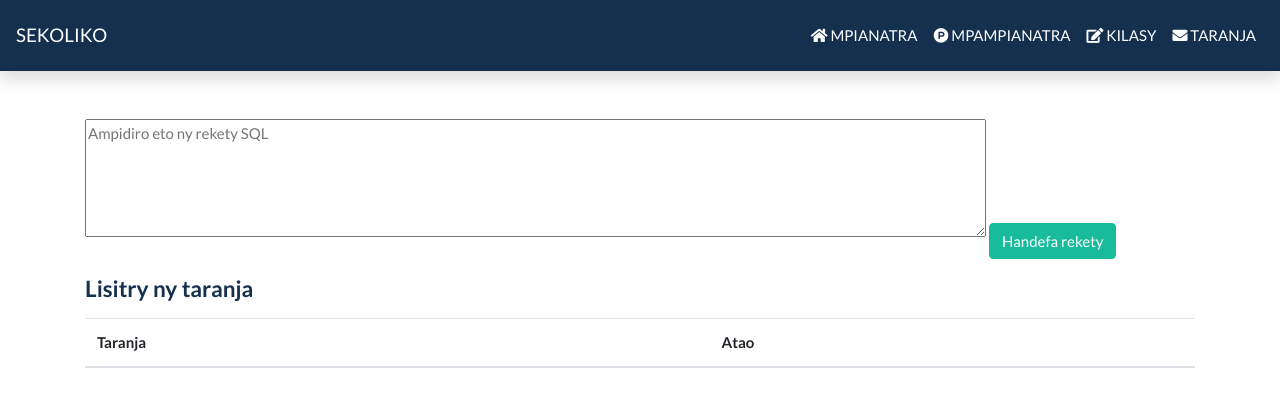
Repository: niainamahefa/j2ee-sekoliko
Page: http://localhost/Ecole/matiere
These files come from the project's save history. The page is drawn as it stood at one moment and after the next save; the edit follows.
The browser window is 1280 px wide. The pictures show the whole page.
The page is served by Tomcat 9. Queries for data that is not in the repository find no rows.

Above is the page before, as saved 2021-02-04 18:40:56.

After the next save:
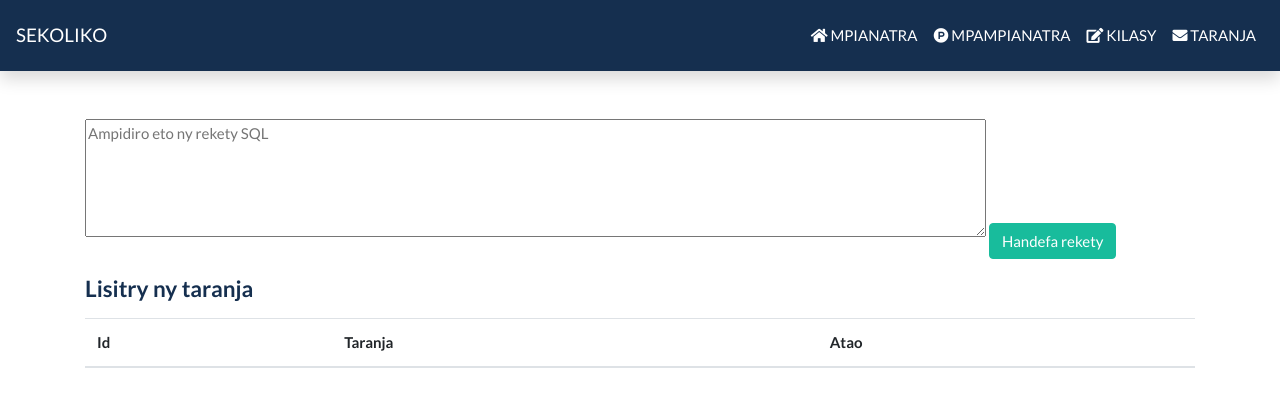
Saved 6 s later.
--- a/Ecole/WebContent/WEB-INF/matiere.jsp
+++ b/Ecole/WebContent/WEB-INF/matiere.jsp
@@ -43,7 +43,7 @@
     	<h4 class="text-primary mt-3 font-weight-bold">Lisitry ny taranja </h4>
                     <thead>
                         <tr>
-                            <th class="d-none">Id</th>
+                            <th>Id</th>
                             <th>Taranja</th>
                             <th>Atao</th>
                         </tr>
